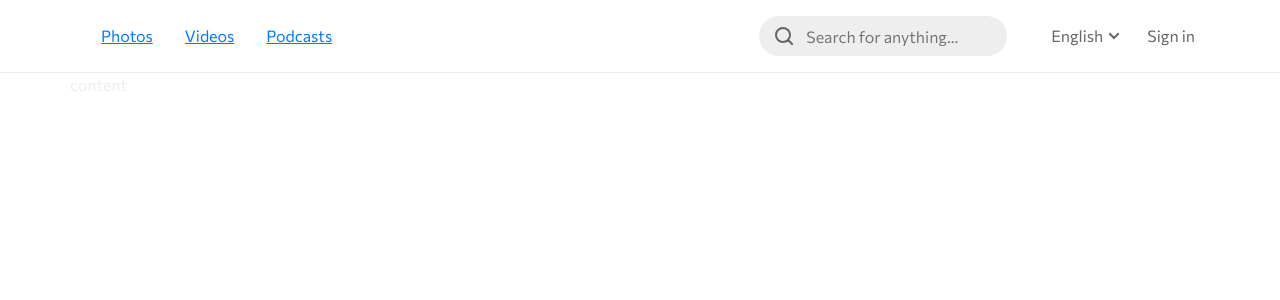
Repository: densavi/djinni
Page: index.html
An editor plug-in stored every save of this project. The page is shown before and after the next save, followed by the edit.
The browser window is 1280 px wide. The pictures show the whole page.
The style sheet was rebuilt from its Sass, Less or Tailwind sources for each picture, by a compiler version that may differ from the author's.

Above is the page before, as saved 2023-04-10 21:51:13.

### index.html
<!DOCTYPE html>
<html lang="en">
<head>
  <meta charset="UTF-8">
  <meta http-equiv="X-UA-Compatible" content="IE=edge">
  <meta name="viewport" content="width=device-width, initial-scale=1.0">
  <title>Photos</title>
  <link rel="stylesheet" href="https://cdn.jsdelivr.net/npm/bootstrap@4.6.2/dist/css/bootstrap.min.css" integrity="sha384-xOolHFLEh07PJGoPkLv1IbcEPTNtaed2xpHsD9ESMhqIYd0nLMwNLD69Npy4HI+N" crossorigin="anonymous">
  <link rel="stylesheet" href="css/style.css">
</head>
<body>

  <header class="header">
    <div class="container">
      <div class="row d-flex justify-content-between align-items-center">
        <div class="col">
          <nav class="header__nav">
            <ul class="nav">
              <li class="nav-item">
                <a class="nav-link active" aria-current="page" href="#">Photos</a>
              </li>
              <li class="nav-item">
                <a class="nav-link" href="#">Videos</a>
              </li>
              <li class="nav-item">
                <a class="nav-link" href="#">Podcasts</a>
              </li>
            </ul>
          </nav>
        </div>
        <div class="col d-flex align-items-center justify-content-end">
          <label for="search" class="header__search">
            <img src="img/search.svg" alt="Search">
            <input type="search" placeholder="Search for anything...">
          </label>
          <div class="dropdown show">
            <a class="header__lang-link" href="#" role="button" id="dropdownMenuLink" data-toggle="dropdown" aria-haspopup="true" aria-expanded="false">
              English
              <svg width="12" height="8" viewBox="0 0 12 8" fill="none" xmlns="http://www.w3.org/2000/svg">
                <path d="M2 2L6 6L10 2" stroke="#666666" stroke-width="2" stroke-linecap="square"/>
              </svg>
            </a>

            <div class="dropdown-menu" aria-labelledby="dropdownMenuLink">
              <a class="dropdown-item" href="#">Action</a>
              <a class="dropdown-item" href="#">Another action</a>
              <a class="dropdown-item" href="#">Something else here</a>
            </div>
          </div>
          <a href="#" class="header__sign-in">Sign in</a>
        </div>
      </div>
    </div>
  </header>


  <div class="wrapper">
    <div class="container">
      <div class="row">
        content
    </div>
  </div>

  <!-- <script src="https://cdn.jsdelivr.net/npm/bootstrap@4.6.2/dist/js/bootstrap.min.js" integrity="sha384-+sLIOodYLS7CIrQpBjl+C7nPvqq+FbNUBDunl/OZv93DB7Ln/533i8e/mZXLi/P+" crossorigin="anonymous"></script> -->
  <script src="https://code.jquery.com/jquery-3.6.4.min.js" integrity="sha256-oP6HI9z1XaZNBrJURtCoUT5SUnxFr8s3BzRl+cbzUq8=" crossorigin="anonymous"></script>
  <script src="https://cdn.jsdelivr.net/npm/bootstrap@4.6.2/dist/js/bootstrap.bundle.min.js" integrity="sha384-Fy6S3B9q64WdZWQUiU+q4/2Lc9npb8tCaSX9FK7E8HnRr0Jz8D6OP9dO5Vg3Q9ct" crossorigin="anonymous"></script>
  <script src="js/main.js"></script>
</body>
</html>

### css/style.scss
@import url('https://fonts.googleapis.com/css2?family=Commissioner:wght@400;700&display=swap');

@import 'vars';
@import 'typo';

@import 'components/header';

### css/_vars.scss
$darkBlack: #292929;
$grey: #666666;
$lightGrey: #EEEEEE;

$orange: #ED7135;

$mainFont: 'Commissioner', sans-serif;

### css/_typo.scss
body {
  font: 16px/24px $mainFont;
  color: $lightGrey;
}

a {
  color: $mainFont;
  text-decoration: underline;
  &:hover {
    text-decoration: none;
  }
}

### css/components/_header.scss
.header {
  border-bottom: 1px solid #EBEBEB;
  padding: 16px 0;
  &__search {
    background: $lightGrey;
    padding: 0 0 0 16px;
    display: flex;
    align-items: center;
    border-radius: 100px;
    margin: 0;
    img {
      display: flex;
    }
    input[type="search"] {
      height: 40px;
      border: 0;
      background: transparent;
      outline: none;
      width: 100%;
      padding: 0 12px;
    }
  }
  &__sign-in {
    text-decoration: none;
    color: $grey;
    transition: color .3s ease;
    margin-left: 27px;
    &:hover {
      color: $orange;
    }
  }
  &__lang-link {
    color: $grey;
    text-decoration: none;
    transition: color .3s ease;
    svg {
      margin-left: 2px;
      transform: translateY(-2px);
      path {
        transition: transform .3s ease;
      }
    }
    &:hover {
      color: $orange;
      svg {
        path {
          stroke: $orange;
        }
      }
    }
  }
  .dropdown-item {
    text-decoration: none;
  }
  .dropdown {
    margin-left: 44px;
  }
}

Loaded but not shown: js/main.js (no stored copy; drawn as an empty file)

After the next save:
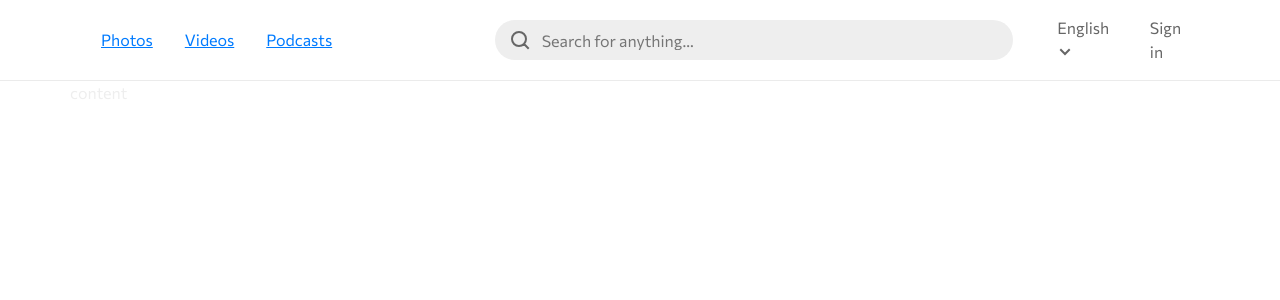
Saved 35 s later.
--- a/css/components/_header.scss
+++ b/css/components/_header.scss
@@ -8,6 +8,7 @@
     align-items: center;
     border-radius: 100px;
     margin: 0;
+    width: 546px;
     img {
       display: flex;
     }
